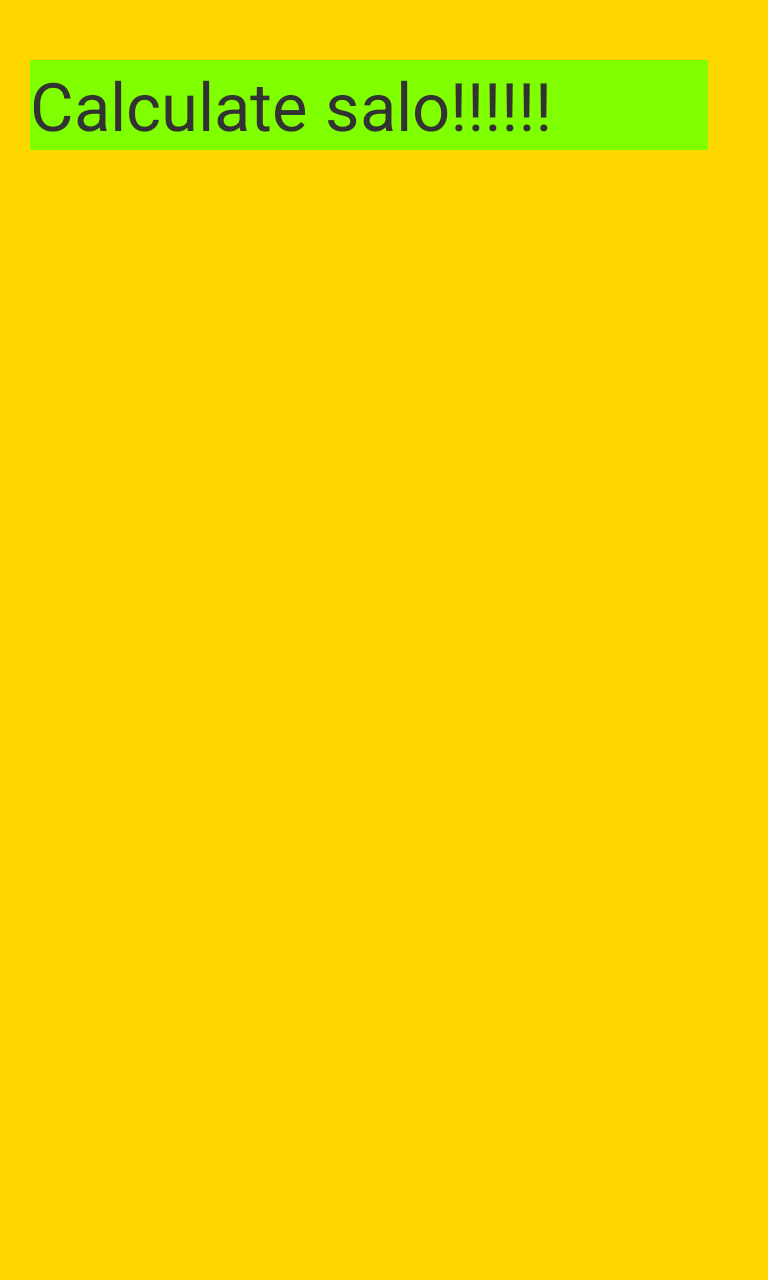
Repository: njiiriJohnii/Android-projects
Layout: salo/res/layout/activity_main.xml
These files come from the project's save history. The layout is drawn as it stood at one moment and after the next save; the edit follows.
It is drawn on a 768 x 1280 px phone screen (xhdpi) without system bars, with theme AppTheme; the app's code is not run.

Above is the layout before, as saved 2014-05-29 15:42:36.

### salo/res/layout/activity_main.xml
<LinearLayout xmlns:android="http://schemas.android.com/apk/res/android"
    android:layout_width="fill_parent"
    android:layout_height="fill_parent"
    android:orientation="vertical"
    android:background="#FFD700">
    <TextView
        android:id="@+id/sal"
        android:layout_width="fill_parent"
        android:layout_height="wrap_content"
        android:text="Calculate salo!!!!!!"
        android:fontFamily="verdana"
        android:background="#7FFF00"
        android:layout_marginTop="30dp"
        android:layout_marginLeft="15dp"
        android:layout_marginRight="30dp"
        android:textSize="15pt"


        />




</LinearLayout>

Loaded but not shown: salo/res/values/styles.xml (common file); salo/res/values-v11/styles.xml (common file); salo/res/values-v14/styles.xml (common file)

After the next save:
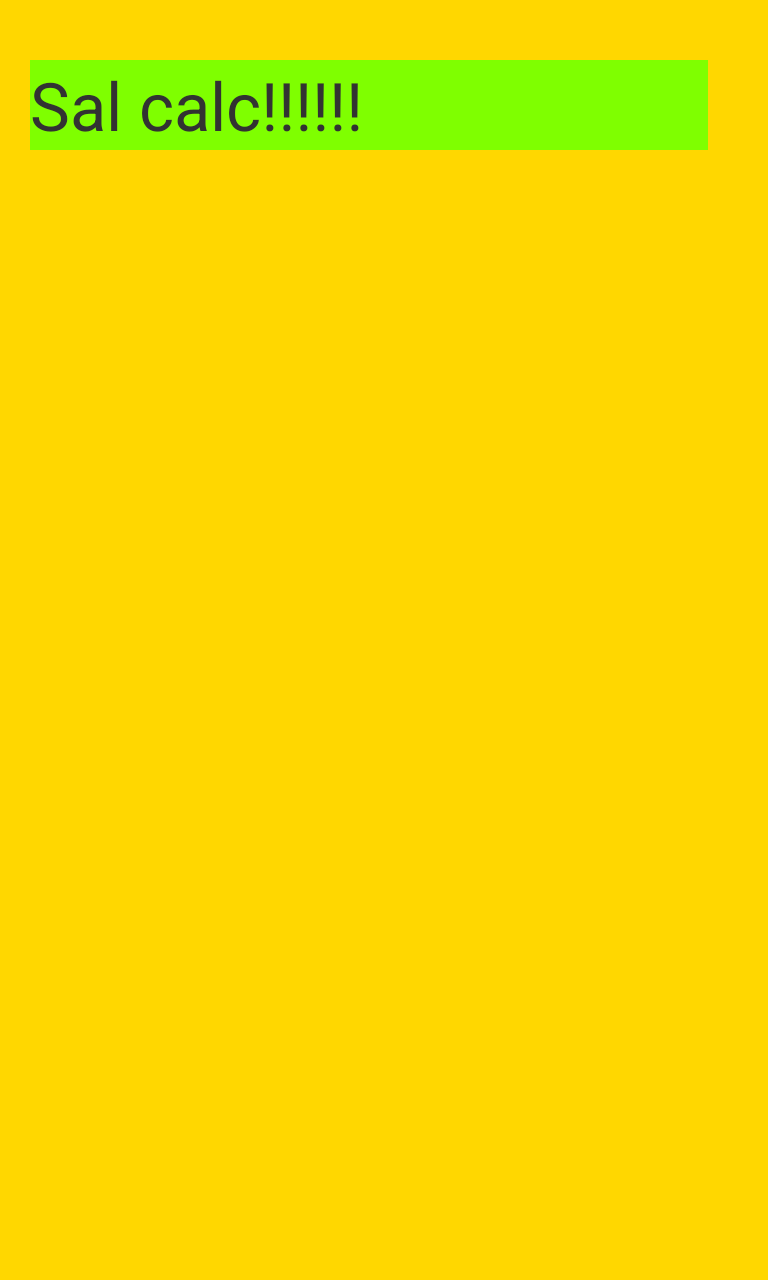
Saved 20 s later.
--- a/salo/res/layout/activity_main.xml
+++ b/salo/res/layout/activity_main.xml
@@ -7,7 +7,7 @@
         android:id="@+id/sal"
         android:layout_width="fill_parent"
         android:layout_height="wrap_content"
-        android:text="Calculate salo!!!!!!"
+        android:text="Sal calc!!!!!!"
         android:fontFamily="verdana"
         android:background="#7FFF00"
         android:layout_marginTop="30dp"
